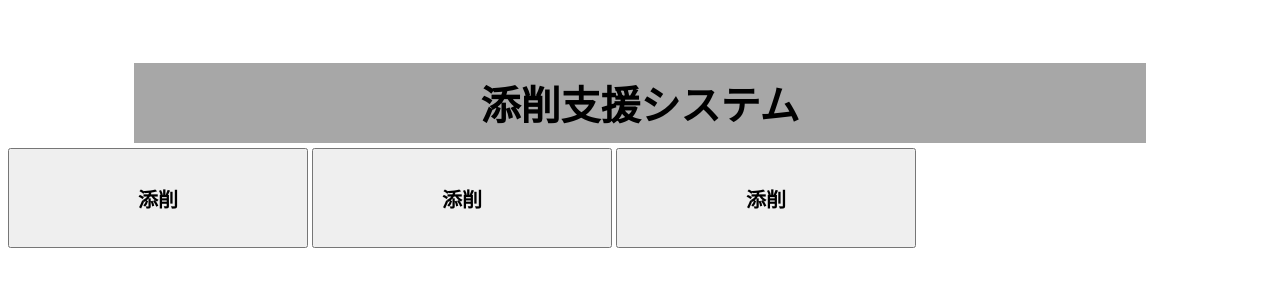
Repository: k-murakami18/canvas_v2
Page: Main.html
An editor plug-in stored every save of this project. The page is shown before and after a run of saves, followed by the edit.
The browser window is 1280 px wide. The pictures show the whole page.

Above is the page before, as saved 2021-01-04 20:01:06.

After the next 2 saves:
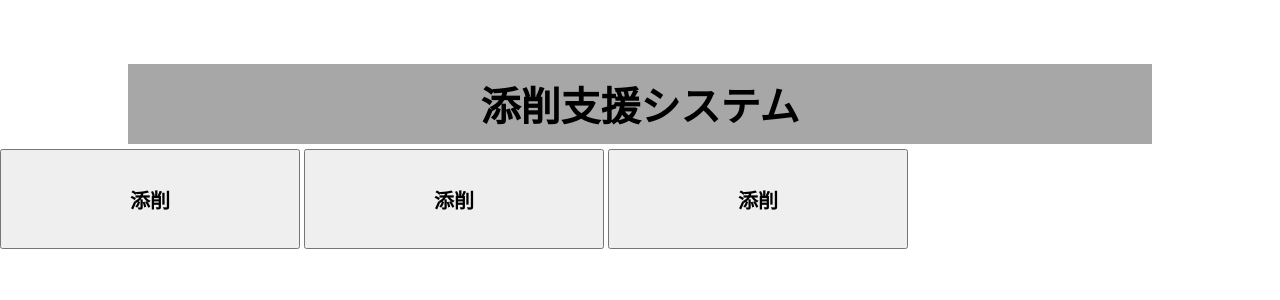
The 2 saves are shown as one change because they came seconds apart.
The last was saved 2 min 48 s later.
--- a/style.css
+++ b/style.css
@@ -140,6 +140,6 @@ canvas {
   font-weight: bold;
   margin: auto;
 }
-.but_name{
+body{
   margin: auto;
 }
